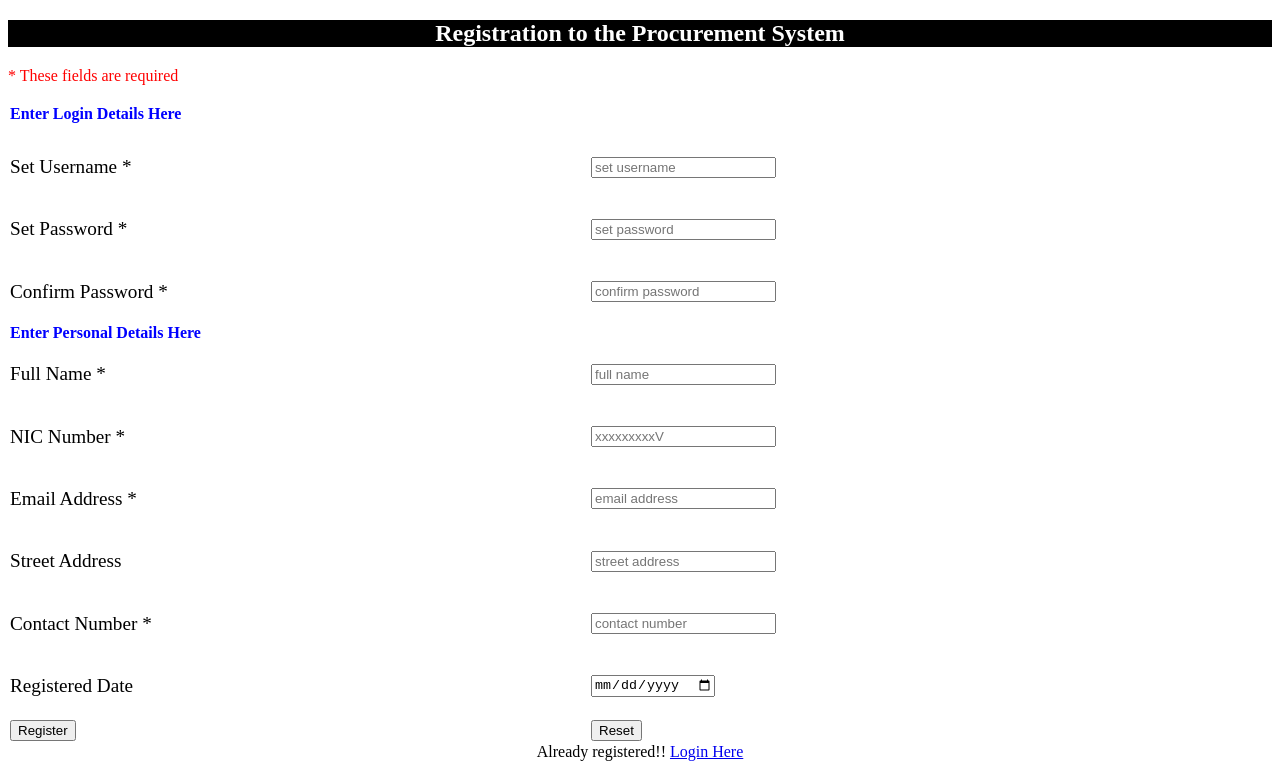
Repository: nirmaniPathiranage/CSSE-Procurement-Management
Page: http://localhost/Item_Management/Register.jsp
An editor plug-in stored every save of this project. The page is shown before and after the next save, followed by the edit.
The browser window is 1280 px wide. The pictures show the whole page.
The page is served by Tomcat 9. Other server files are loaded and not shown.

Above is the page before, as saved 2019-09-29 17:58:47.

### Item_Management/WebContent/Register.jsp
<%@ page language="java" contentType="text/html; charset=ISO-8859-1"
	pageEncoding="ISO-8859-1"%>
<!DOCTYPE html>
<html>
<head>
<meta http-equiv="Content-Type" content="text/html; charset=ISO-8859-1">
<title>Register</title>
<script>
</script>
<script>
	function validate() {
		var username = document.form.username.value;
		var password = document.form.password.value;
		var conpassword = document.form.confirmpassword.value;
		var fullname = document.form.fullname.value;
		var nicno = document.form.nicno.value;
		var email = document.form.emailaddress.value;
		var streetaddress = document.form.streetaddress.value;
		var contactno = document.form.contactno.value;
		var regdate = document.form.regdate.value;

		if (username == null || username == "") {
			alert("Username can't be blank");
			return false;
		} else if (password == null || password == "") {
			alert("Password can't be blank");
			return false;
		} else if (password.length < 8) {
			alert("Password must be at least 8 characters long.");
			return false;
		} else if (password != conpassword) {
			alert("Confirm Password should match with the Password");
			return false;
		} else if (fullname == null || fullname == "") {
			alert("Full Name can't be blank");
			return false;
		} else if (nicno == null || nicno == "") {
			alert("NIC Number can't be blank");
			return false;
		} else if (email == null || email == "") {
			alert("Email Address can't be blank");
			return false;
		} else if (streetaddress == null || streetaddress == "") {
			alert("Street Address can't be blank");
			return false;
		} else if (contactno == null || contactno == "") {
			alert("Contact Number can't be blank");
			return false;
		} else if (regdate == null || regdate == "") {
			alert("Registered Date can't be blank");
			return false;
		}
	}
</script>
</head>
<body>
	<center>
		<h2 style="width: 100%; background-color: black; color: white;">Registration
			to the Procurement System</h2>
	</center>

	<form style="text-align: left;" name="form" action="RegisterServlet"
		method="post" onSubmit="return validate();">
		<table border="0" cellpadding="0" style="width: 100%">
			<font color="red">* These fields are required</font>
			<tr height="10px">
				<br>
				<br>
			<thead>
				<tr>
					<th colspan="2"><font color="blue">Enter Login Details
							Here</font></th>
				</tr>
			</thead>
			<td><p style="font-size: larger">Set Username *</td>
			<td><input type="text" name="username"
				placeholder="set username" class="box" autocomplete="off" required /></td>
			</tr>
			<tr height="10px">
				<td><p style="font-size: larger">Set Password *</td>
				<td><input type="password" name="password"
					placeholder="set password" class="box" autocomplete="off" required /></td>
			</tr>
			<tr height="10px">
				<td><p style="font-size: larger">Confirm Password *</td>
				<td><input type="password" name="confirmpassword"
					placeholder="confirm password" class="box" autocomplete="off"
					required /></td>
			</tr>
			<thead>
				<tr>
					<th colspan="2"><font color="blue">Enter Personal
							Details Here</font></th>
				</tr>
			</thead>
			<tr height="10px">
				<td><p style="font-size: larger">Full Name *</td>
				<td><input list="status" name="fullname"
					placeholder="full name" class="box" /></td>
				<datalist id="status">
					<select required>
						<option>Mr.</option>
						<option>Mrs.</option>
						<option>Ms.</option>
					</select>
				</datalist>
				</td>
			</tr>
			<tr height="10px">
				<td><p style="font-size: larger">NIC Number *</td>
				<td><input type="text" name="nicno" placeholder="xxxxxxxxxV"
					class="box" autocomplete="off" required /></td>
			</tr>
			<tr height="10px">
				<td><p style="font-size: larger">Email Address *</td>
				<td><input type="email" name="emailaddress"
					placeholder="email address" class="box" autocomplete="off" required /></td>
			</tr>
			<tr height="10px">
				<td><p style="font-size: larger">Street Address</td>
				<td><input type="text" name="streetaddress"
					placeholder="street address" class="box" autocomplete="off"
					required /></td>
			</tr>
			<tr height="10px">
				<td><p style="font-size: larger">Contact Number *</td>
				<td><input type="text" name="contactno"
					placeholder="contact number" class="box" autocomplete="off"
					required /></td>
			</tr>
			<tr height="10px">
				<td><p style="font-size: larger">Registered Date</td>
				<td><input type="date" name="regdate" placeholder="yyyy-MM-dd"
					class="box" autocomplete="off" required /></td>
			</tr>
			<tr>
				<td><%=(request.getAttribute("errMessage") == null) ? "" : request.getAttribute("errMessage")%></td>
			</tr>
			<tr height="10px">
				<td><input type="submit" value="Register"></input></td>
				<td><input type="reset" value="Reset"></input></td>
			</tr>
			<tr>
				<td colspan="2"><center>
						Already registered!! <a href="Login.jsp">Login Here</a>
					</center></td>
			</tr>
		</table>
	</form>
</body>
</html>

After the next save:
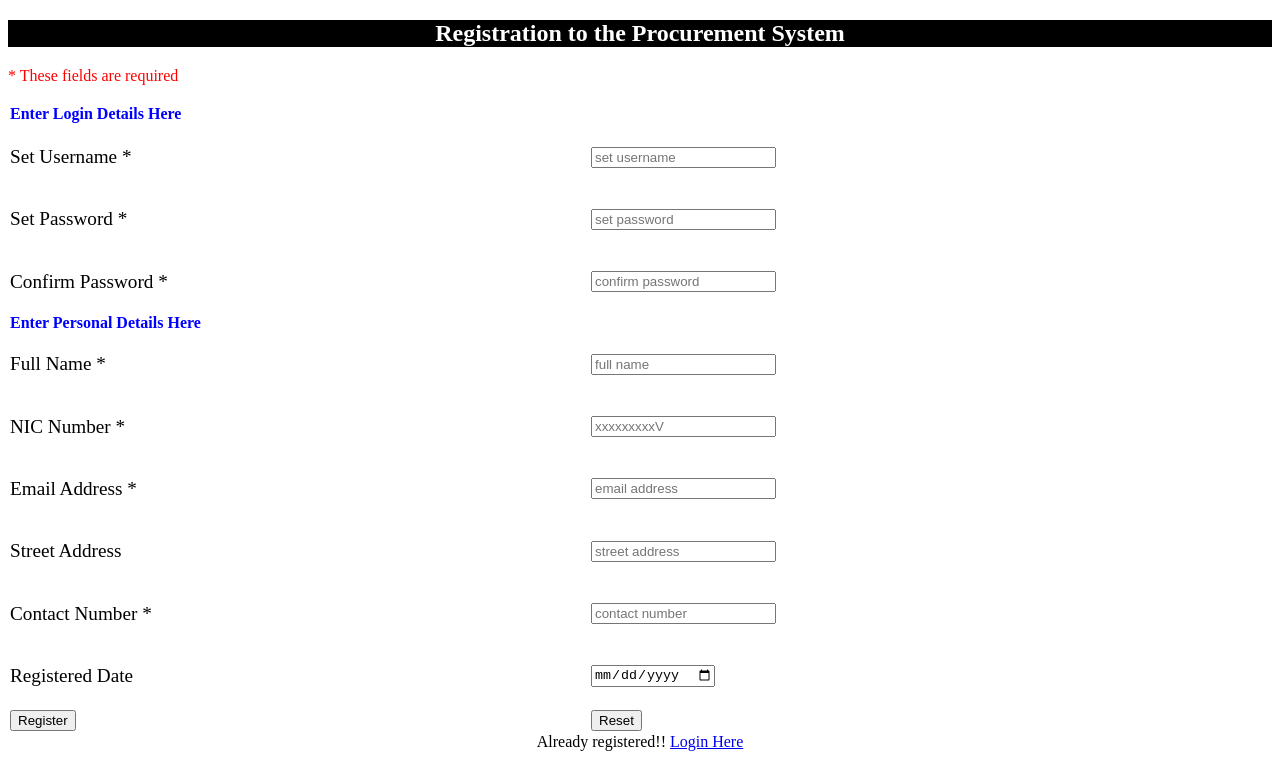
Saved 81 s later.
--- a/Item_Management/WebContent/Register.jsp
+++ b/Item_Management/WebContent/Register.jsp
@@ -63,7 +63,7 @@
 		method="post" onSubmit="return validate();">
 		<table border="0" cellpadding="0" style="width: 100%">
 			<font color="red">* These fields are required</font>
-			<tr height="10px">
+			<tr height="0px">
 				<br>
 				<br>
 			<thead>
@@ -76,12 +76,12 @@
 			<td><input type="text" name="username"
 				placeholder="set username" class="box" autocomplete="off" required /></td>
 			</tr>
-			<tr height="10px">
+			<tr height="0px">
 				<td><p style="font-size: larger">Set Password *</td>
 				<td><input type="password" name="password"
 					placeholder="set password" class="box" autocomplete="off" required /></td>
 			</tr>
-			<tr height="10px">
+			<tr height="0px">
 				<td><p style="font-size: larger">Confirm Password *</td>
 				<td><input type="password" name="confirmpassword"
 					placeholder="confirm password" class="box" autocomplete="off"
@@ -93,7 +93,7 @@
 							Details Here</font></th>
 				</tr>
 			</thead>
-			<tr height="10px">
+			<tr height="0px">
 				<td><p style="font-size: larger">Full Name *</td>
 				<td><input list="status" name="fullname"
 					placeholder="full name" class="box" /></td>
@@ -106,29 +106,29 @@
 				</datalist>
 				</td>
 			</tr>
-			<tr height="10px">
+			<tr height="0px">
 				<td><p style="font-size: larger">NIC Number *</td>
 				<td><input type="text" name="nicno" placeholder="xxxxxxxxxV"
 					class="box" autocomplete="off" required /></td>
 			</tr>
-			<tr height="10px">
+			<tr height="0px">
 				<td><p style="font-size: larger">Email Address *</td>
 				<td><input type="email" name="emailaddress"
 					placeholder="email address" class="box" autocomplete="off" required /></td>
 			</tr>
-			<tr height="10px">
+			<tr height="0px">
 				<td><p style="font-size: larger">Street Address</td>
 				<td><input type="text" name="streetaddress"
 					placeholder="street address" class="box" autocomplete="off"
 					required /></td>
 			</tr>
-			<tr height="10px">
+			<tr height="0px">
 				<td><p style="font-size: larger">Contact Number *</td>
 				<td><input type="text" name="contactno"
 					placeholder="contact number" class="box" autocomplete="off"
 					required /></td>
 			</tr>
-			<tr height="10px">
+			<tr height="0px">
 				<td><p style="font-size: larger">Registered Date</td>
 				<td><input type="date" name="regdate" placeholder="yyyy-MM-dd"
 					class="box" autocomplete="off" required /></td>
@@ -136,7 +136,7 @@
 			<tr>
 				<td><%=(request.getAttribute("errMessage") == null) ? "" : request.getAttribute("errMessage")%></td>
 			</tr>
-			<tr height="10px">
+			<tr height="0px">
 				<td><input type="submit" value="Register"></input></td>
 				<td><input type="reset" value="Reset"></input></td>
 			</tr>
